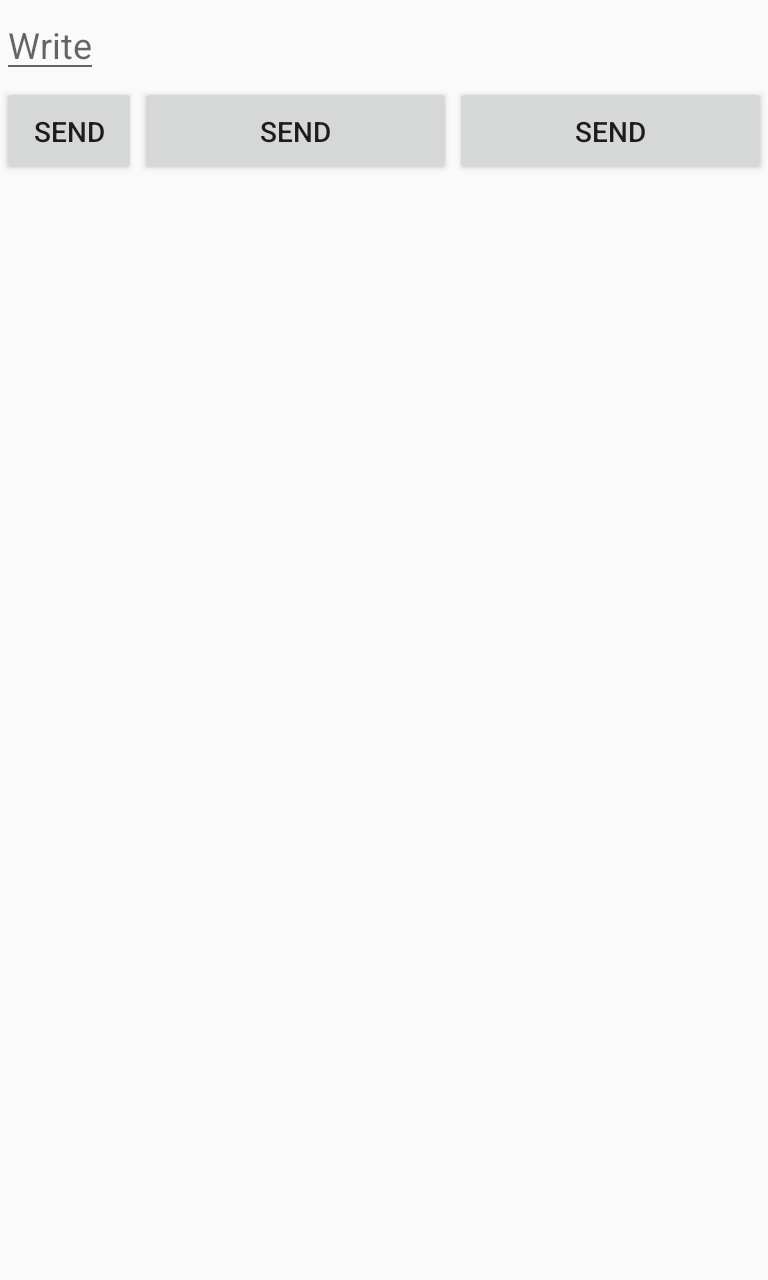
Repository: wisingd/Dajoroli
Layout: Workspace/MyFirstApp/res/layout/fragment_main.xml
An editor plug-in stored every save of this project. The layout is shown before and after the next save, followed by the edit.
It is drawn on a 768 x 1280 px phone screen (xhdpi) without system bars, with theme AppTheme; the app's code is not run.

Above is the layout before, as saved 2014-04-20 11:13:05.

After the next save:
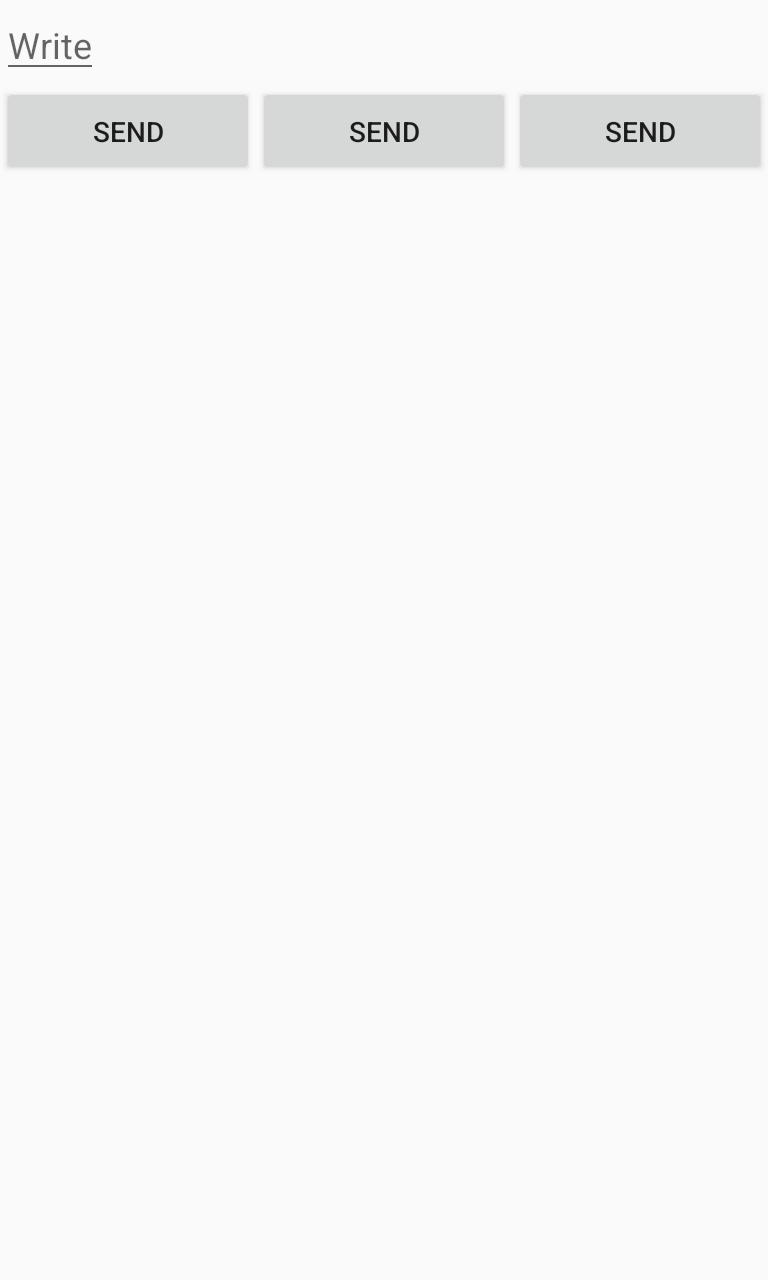
Saved 50 s later.
--- a/Workspace/MyFirstApp/res/layout/fragment_main.xml
+++ b/Workspace/MyFirstApp/res/layout/fragment_main.xml
@@ -44,13 +44,13 @@
 
         <Button
             android:layout_weight="1"
-            android:layout_width="wrap_content"
+            android:layout_width="0dp"
             android:layout_height="wrap_content"
             android:text="@string/button_send" />
 
         <Button
             android:layout_weight="1"
-            android:layout_width="wrap_content"
+            android:layout_width="0dp"
             android:layout_height="wrap_content"
             android:text="@string/button_send" />
 
